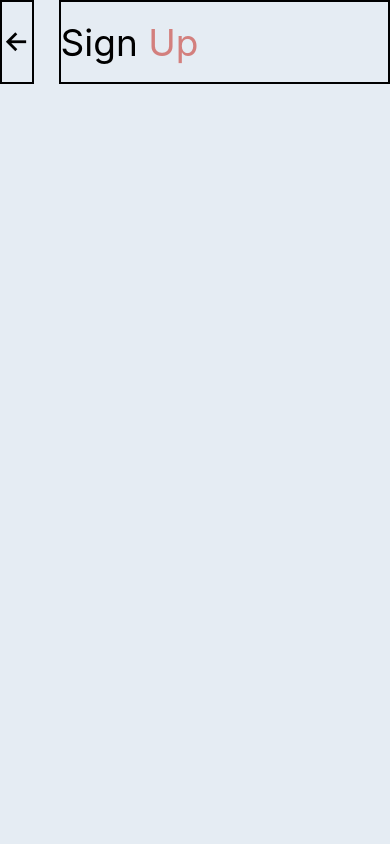
Repository: kgayathridevi/pregband
Screen: /Sign
The author's editor kept a copy of each file at every save. The screen is drawn from the files as they stood at one save, then again after the next save.
The app was drawn by React Native's web renderer in a window 390 px wide. The project was rebuilt for these pictures with package versions that can differ from the ones it lists, and the page was loaded fresh each time. Also part of the build but not shown: component/Home.jsx.

Above is the screen before, as saved 2023-04-28 16:07:05.

After the next save:
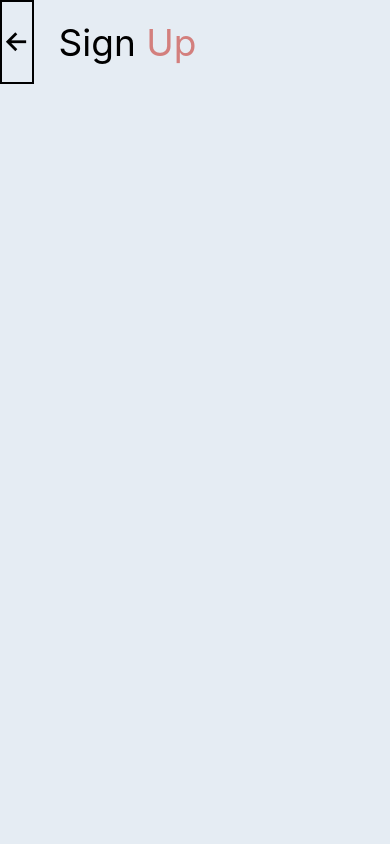
Saved 6 s later.
--- a/component/SignUpScreen.jsx
+++ b/component/SignUpScreen.jsx
@@ -46,7 +46,7 @@ const styles = StyleSheet.create({
     color: "#D37F7D",
   },
   titleContain: {
-    borderWidth: 2,
+    // borderWidth: 2,
     flexDirection: "row",
     width: "85%",
     alignItems: "center",
